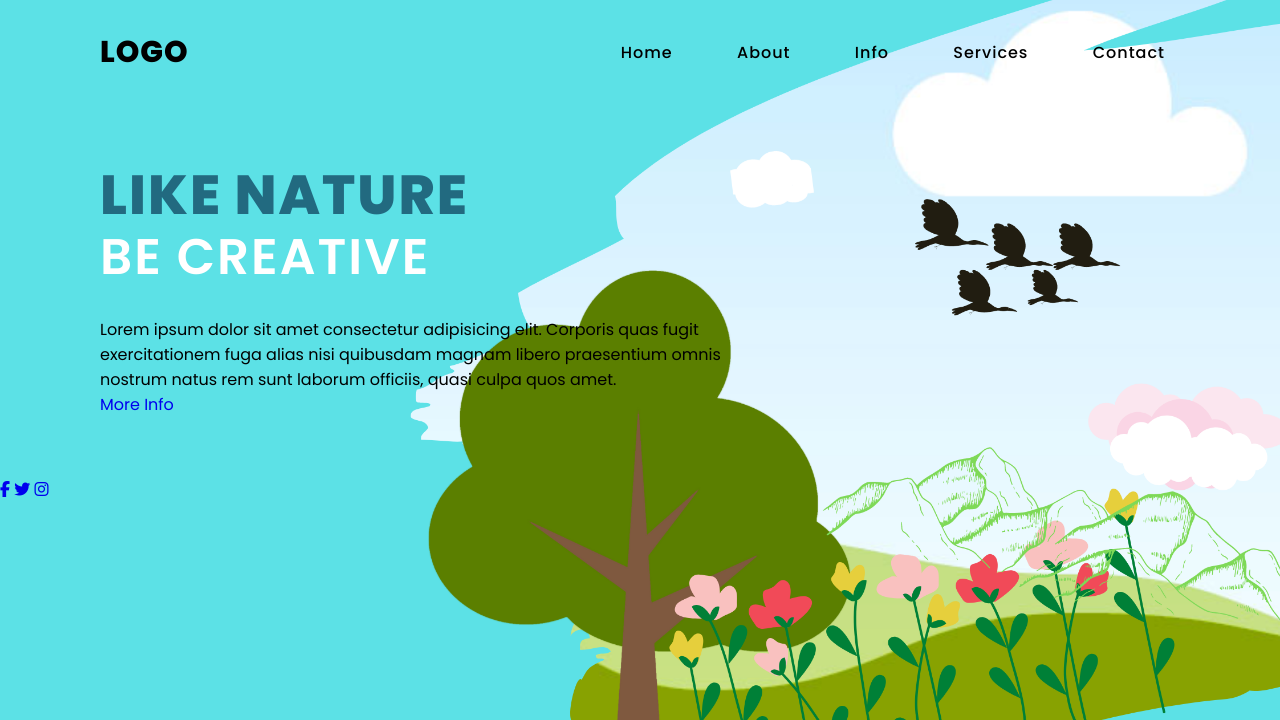
Repository: nganha241/CreativeNature
Page: index.html
These files come from the project's save history. The page is drawn as it stood at one moment and after the next save; the edit follows.
The browser window is 1280 px wide. The pictures show the whole page.
Some web libraries are served in a nearby version.

Above is the page before, as saved 2022-06-18 08:52:37.

After the next save:
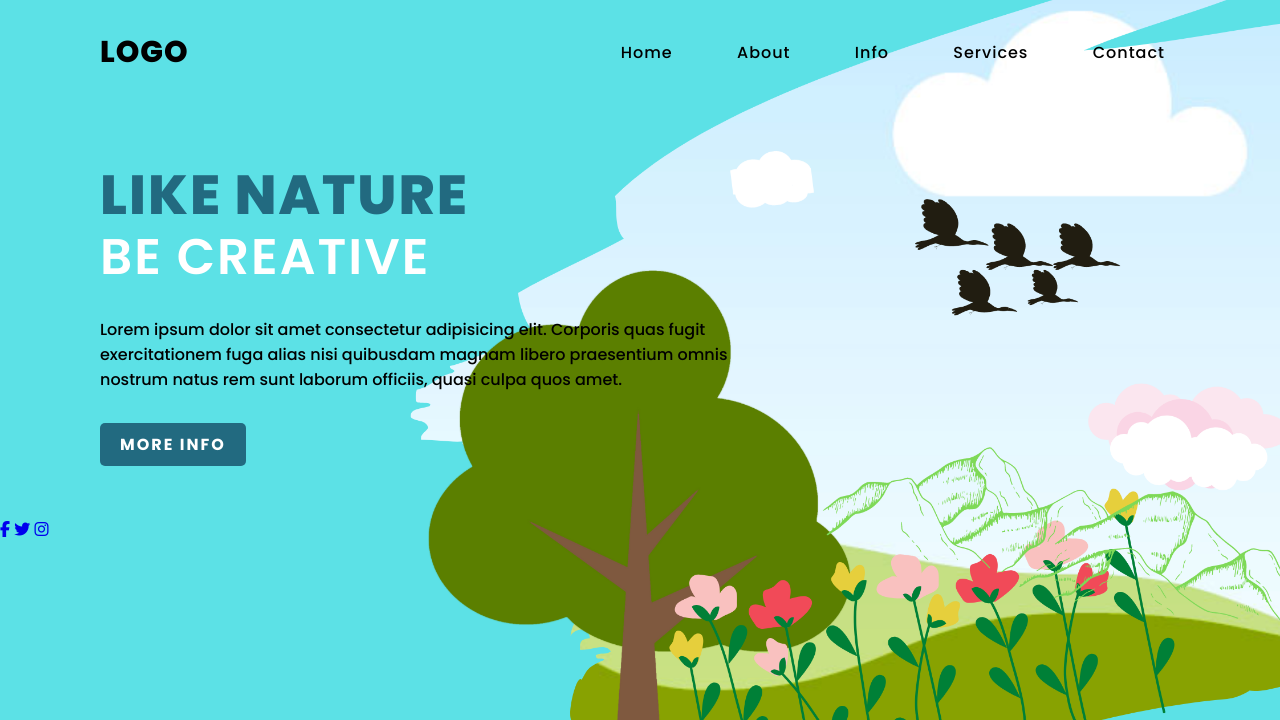
Saved 89 s later.
--- a/style.css
+++ b/style.css
@@ -81,3 +81,19 @@ header .navigation a:hover {
     font-size: 50px;
     font-weight: 600;
 }
+
+.content .info p {
+    font-size: 16px;
+    font-weight: 500;
+    margin-bottom: 40px;
+}
+
+.content .info-btn {
+    color: #fff;
+    background: #226a80;
+    text-transform: uppercase;
+    font-weight: 700;
+    letter-spacing: 2px;
+    padding: 10px 20px;
+    border-radius: 5px;
+}
